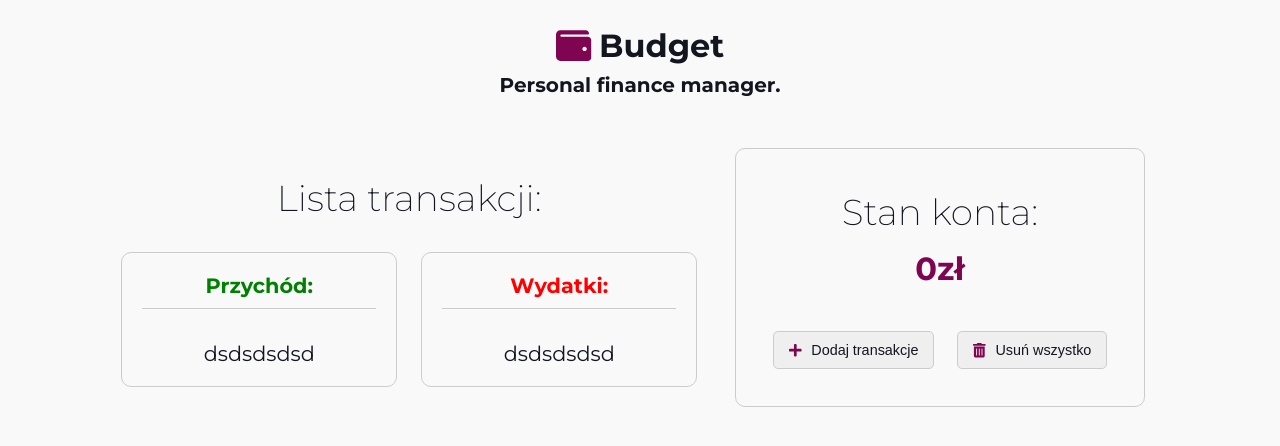
Repository: KrzysKolo/sr_tydzien4_zad4
Page: /
The author's editor kept a copy of each file at every save. The page is drawn from the files as they stood at one save, then again after the next save.
The browser window is 1280 px wide. The pictures show the whole page.
Some web libraries are served in a nearby version. The project was rebuilt for these pictures with package versions that can differ from the ones it lists, and the page was loaded fresh each time. Also part of the build but not shown: src/components/budgetComponents/formComponents/Header.js, src/components/budgetComponents/formComponents/ErrorMessage.js, src/components/budgetComponents/formComponents/Input.js, src/components/budgetComponents/formComponents/Select.js.

Above is the page before, as saved 2020-12-03 21:47:36.

### public/index.html
<!DOCTYPE html>
<html lang="en">
  <head>
    <meta charset="utf-8" />
    <link rel="icon" href="%PUBLIC_URL%/favicon.ico" />
    <meta name="viewport" content="width=device-width, initial-scale=1" />
    <meta name="theme-color" content="#000000" />
    <meta
      name="description"
      content="Web site created using create-react-app"
    />
    <link rel="apple-touch-icon" href="%PUBLIC_URL%/logo192.png" />
    <!--
      manifest.json provides metadata used when your web app is installed on a
      user's mobile device or desktop. See https://developers.google.com/web/fundamentals/web-app-manifest/
    -->
    <link rel="manifest" href="%PUBLIC_URL%/manifest.json" />
    <!--
      Notice the use of %PUBLIC_URL% in the tags above.
      It will be replaced with the URL of the `public` folder during the build.
      Only files inside the `public` folder can be referenced from the HTML.

      Unlike "/favicon.ico" or "favicon.ico", "%PUBLIC_URL%/favicon.ico" will
      work correctly both with client-side routing and a non-root public URL.
      Learn how to configure a non-root public URL by running `npm run build`.
    -->
    <link
      href="https://fonts.googleapis.com/css?family=Montserrat:200,400,700&display=swap&subset=latin-ext"
      rel="stylesheet"
    />
    <script
      src="https://kit.fontawesome.com/327a0d490c.js"
      crossorigin="anonymous"
    ></script>
    <title>Budget</title>
  </head>
  <body>
    <noscript>You need to enable JavaScript to run this app.</noscript>
    <div id="root"></div>
    <!--
      This HTML file is a template.
      If you open it directly in the browser, you will see an empty page.

      You can add webfonts, meta tags, or analytics to this file.
      The build step will place the bundled scripts into the <body> tag.

      To begin the development, run `npm start` or `yarn start`.
      To create a production bundle, use `npm run build` or `yarn build`.
    -->
  </body>
</html>

### src/App.js
import React from 'react';
import Budget from './components/Budget'

const App = () => {
  return (
    <>
      <Budget/>
    </>
  )
}

export default App;

### src/components/Budget.js
import React from 'react';
import Header from './budgetComponents/Header';
import Section from './budgetComponents/Section';
import SectionInfo from './budgetComponents/SectionInfo';
import H2 from './budgetComponents/sectionComponents/H2';
import styled, { createGlobalStyle } from 'styled-components';

const GlobalStyle = createGlobalStyle`
    * {
        padding: 0;
        margin: 0;
        box-sizing: border-box;
    }
    body {
        background-color: #f9f9f9;
        color: #14161f;
        font-family: "Montserrat", sans-serif;
        font-size: 16px;
        min-height: 100vh;
    }
    `;
const Container = styled.main`
    font-size: 1.5rem;
`;
const SectionContainer = styled.section`
    display: flex;
    flex-direction: row;
    justify-content: center;
    align-items: center;
`;
const SectionBudget = styled.section`
    display: flex;
    flex-direction: column;
    justify-content: center;
    align-items: center;
`;
const DivItems = styled.div`
    display: flex;
    flex-direction: row;
    justify-content: center;
    align-items: center;

`;
const Budget = () => {
    return (
        <>
            <GlobalStyle />
            <Container>
                <Header />
                <SectionContainer>
                    <SectionBudget>
                        <H2 title="Lista transakcji" />
                        <DivItems>
                            <Section title="Przychód" label="p"/>
                            <Section title="Wydatki" />
                        </DivItems>
                    </SectionBudget>
                    <SectionInfo title="Stan konta"/>
                </SectionContainer>
            </Container>

        </>
    )
}

export default Budget;

### src/components/budgetComponents/Header.js
import React from 'react';
import styled from 'styled-components';
import { FontAwesomeIcon } from '@fortawesome/react-fontawesome';
import { faWallet } from '@fortawesome/free-solid-svg-icons';

const SectionHeader = styled.header`
    align-items: center;
    color: rgb(127, 5, 80);
    display: flex;
    font-size: 2.2rem;
    flex-direction: column;
    justify-content: center;
    padding: 2%;
`;
const DivHeader = styled.div`
    align-items: center;
    display: flex;
    flex-direction: row;
    justify-content: center;
    margin-bottom: 0.5rem;
`;
const H1Header = styled.h1`
    color: #14161f;
    font-size: 2rem;
    margin-left: .5rem;
`;
const H2Header = styled.h2`
    color: #14161f;
    font-size: 1.25rem;
`;
const Header = () => {
    return (
        <SectionHeader>
            <DivHeader>
                <FontAwesomeIcon icon={faWallet}/>
                <H1Header>Budget</H1Header>
            </DivHeader>
            <H2Header>Personal finance manager.</H2Header>
        </SectionHeader>
    )
}

export default Header;

### src/components/budgetComponents/Section.js
import React from 'react';
import { H1 }from './sectionComponents/index';
import styled from 'styled-components';

const SectionWrapper = styled.section`
    border: 1px solid #ccc;
    border-radius: 10px;
    display: flex;
    flex-direction: column;
    font-size: 1.3rem;
    justify-content: center;
    align-items: center;
    margin: 2%;
    padding: 20px;
    width: 300px;
`;
const Section = ({ title, label }) => {
    return (
        <SectionWrapper>
           <H1 title={title} label={label} />
           <p>dsdsdsdsd</p>
        </SectionWrapper>
    )
}

export default Section;

### src/components/budgetComponents/SectionInfo.js
import React, { useState } from 'react';
import { H2, P } from './sectionComponents/index';
import Form from './Form';
import Button from './../budgetComponents/buttons/Button';
import styled from 'styled-components';
import { faPlus,  faTrashAlt } from '@fortawesome/free-solid-svg-icons';
const SectionWrapper = styled.section`
    border: 1px solid #ccc;
    border-radius: 10px;
    display: flex;
    flex-direction: column;
    margin: 2vw;
    padding: 2%;
`;
const ButtonWrapper = styled.div`
    display: flex;
    flex-direction: row;
`;

const SectionInfo = ({ title }) => {
    const [showForm, setShowForm] = useState(false);
    const openForm = () =>{
        setShowForm(prev => !prev);
  };
    return (
        <>
        <SectionWrapper>
           <H2 title={title}> </H2>
           <P />
           <ButtonWrapper>
                <Button onClick={openForm} title="Dodaj transakcje" icons={faPlus} />
                <Button title="Usuń wszystko" icons={faTrashAlt} type="submit"/>
           </ButtonWrapper>

        </SectionWrapper>
        <Form showForm={showForm} setShowForm={setShowForm} />
        </>
    )
}

export default SectionInfo;

### src/components/budgetComponents/sectionComponents/H2.js
import React from 'react'
import styled from 'styled-components';

const TitleH2 = styled.h2`
    font-weight: 200;
    margin: 2% auto;
    padding: 0.5rem;
`;

const H2 = ({title}) => {
    return (
        <TitleH2>
            {title}:
        </TitleH2>
    )
}

export default H2;

### src/components/budgetComponents/sectionComponents/index.js
export { default as H1 } from './H1';
export { default as H2 } from './H2';
export { default as P } from './P';

### src/components/budgetComponents/Form.js
import React, { useState } from 'react';
import { Header, Input, Select } from './formComponents/';
import Button from './buttons/Button';
import styled from 'styled-components';
import SelectOptions from './../data/SelectOptions';
import { faBusinessTime, faSave, faWindowClose } from '@fortawesome/free-solid-svg-icons';
import { useFormik } from 'formik';
import * as yup from 'yup';

const FormWrapper = styled.form`
    background-color: #f9f9f9;
    border: 4px double rgb(127, 5, 80);
    border-radius: 10px;
    box-shadow: 3px 3px 5px rgba(127, 5, 80, 0.5);
    color: rgb(127, 5, 80);
    position: fixed;
    display: flex;
    flex-direction: column;
    justify-content: center;
    align-items: center;
    padding: 10px;
    width: 20vw;
    min-width: 300px;
`;
const ButtonWrapper = styled.div`
    display: flex;
    flex-direction: row;
    justify-content: center;
    border-top: 1px solid rgba(127, 5, 80, 0.3);
    padding-top: 10px;
    margin-top: 1.4rem;
`;

const FormData = ({ showForm, setShowForm }) => {
    const initialValues  = {
        name: '',
        amount: '',
        category: -1,
    };
    const validationSchema = yup.object({
        name: yup.string().required("Required").min(3, "Musi być min 3 znaki").max(50,"Moze być max 50 znaków"),
        amount: yup.number().required("Required").min(1, "Musi być conajmniej 1 cyfra"),
        category: yup.number().required("Musi być wybrane").min(0, ).max(5),
    })
    const onSubmit = ( values, {resetForm} ) => {
        console.log('Form data', values);
        setShowMessage(true);
        resetForm();
    };
    const closeForm = () => {
        setShowForm(false);
    };
    const [ showMessage, setShowMessage ] = useState(false);
    const formik = useFormik({
        initialValues,
        validationSchema,
        onSubmit,
    });
    return (
        <>
        { showForm &&
        <FormWrapper onSubmit={formik.handleSubmit}>
            <Header icons={faBusinessTime} title={"Dodaj transakcje!"} />
            <Input type="text" label="Nazwa transakcji" name="name" placeholder="nazwa transakcji..." onChange={formik.handleChange} value={formik.values.name} onBlur={formik.handleBlur} error={formik.errors.name} message={formik.errors.name} touched={formik.touched.name} />
            <Input type="text" label="Kwota transakcji" name="amount" placeholder="kwota..." onChange={formik.handleChange} value={formik.values.amount} onBlur={formik.handleBlur} error={formik.errors.amount} message={formik.errors.amount} touched={formik.touched.amount}/>
            <Select options={SelectOptions} label="Wybierz kategorię transakcji" name="category" onChange={formik.handleChange} value={formik.values.category} onBlur={formik.handleBlur} error={formik.errors.category} message={formik.errors.category} touched={formik.touched.category}/>
            <ButtonWrapper>
                <Button type="save" title="Zapisz" icons={faSave}/>
                <Button title="Anuluj" icons={faWindowClose} type="cancel" onClick={closeForm} />
            </ButtonWrapper>
        </FormWrapper>
        }
        </>
    )
}

export default FormData;

### src/components/budgetComponents/buttons/Button.js
import React from 'react';
import styled from 'styled-components';
import { FontAwesomeIcon } from '@fortawesome/react-fontawesome';

const ButtonDiv = styled.button`
    border: 1px solid #ccc;
    border-radius: 5px;
    margin: 0.7rem;
    padding: 10px 15px;
    display: flex;
    flex-direction: row;
    align-items: center;
    color: rgb(127, 5, 80);
    font-size: 0.9rem;
    cursor: pointer;
    transition: 0.3s ease-in-out;
    &:hover {
        border: 1px solid rgba(127, 5, 80, 0.4);
        background-color:  #f9f9f9;
        color: rgba(127, 5, 80, 0.5);
    }
`;
const ButtonTitleDiv = styled.div`
    margin-left: 10px;
    color: #14161f;
`;
const Button = ({ title, icons, onClick }) => {
    return (
        <ButtonDiv onClick={onClick}>
            <FontAwesomeIcon icon={icons} />
            <ButtonTitleDiv>{title}</ButtonTitleDiv>
        </ButtonDiv>
    )
}

export default Button;

### src/components/budgetComponents/sectionComponents/H1.js
import React from 'react'
import styled from 'styled-components';

const TitleH1Styles = (label) => `
border-bottom: 1px solid #ccc;
color: ${label ? 'green' : 'red'};
margin-bottom: 2rem;
padding-bottom: 10px;
display: block;
width: 100%;
text-align: center;
`;
const TitleH1 = styled.h1`
      ${props => TitleH1Styles(props.label)}
`;

const H1 = (props) => {
    const { title, label } = props;
    return (
        <TitleH1 label={label}>
            {title}:
        </TitleH1>
    )
}

export default H1;

### src/components/budgetComponents/sectionComponents/P.js
import React from 'react';
import styled from 'styled-components';

const InfoP = styled.p`
    color: rgb(127, 5, 80);
    font-size: 2rem;
    font-weight: bold;
    width: 100%auto;
    text-align: center;
    padding-bottom: 2rem;
`;

const P = () => {
    return (
        <InfoP>
            0zł
        </InfoP>
    )
}

export default P;

### src/components/budgetComponents/formComponents/index.js
export { default as Header } from './Header';
export { default as Input } from './Input';
export { default as ErrorMessage } from './ErrorMessage';
export { default as Select } from './Select';

### src/components/data/SelectOptions.js
const SelectOptions=[
    { id: -1, value: "-1", label:"", title: 'Select...' },
    { id: 0, value: "0", label:"[+]", title: 'Przychód' },
    { id: 1, value: "1", label:"[-]", title: 'Rachunki' },
    { id: 2, value: "2", label:"[-]", title: 'Sport' },
    { id: 3, value: "3", label:"[-]", title: 'Wyżywienie' },
    { id: 4, value: "4", label:"[-]", title: 'Kultura' },
    { id: 5, value: "5", label:"[-]", title: 'Wypoczynek' },
];
export default SelectOptions;

### src/components/data/Transactions.js
const SelectOptions=[
    { id: 0, category: "Przychód", name: "wynagrodzenie", amount: "350"},
    { id: 1, category: "Rachunki", name: "opłata za przedszkole", amount: "700"},

];
export default SelectOptions;

Loaded but not shown: src/index.js (common file); src/index.css (common file)

After the next save:
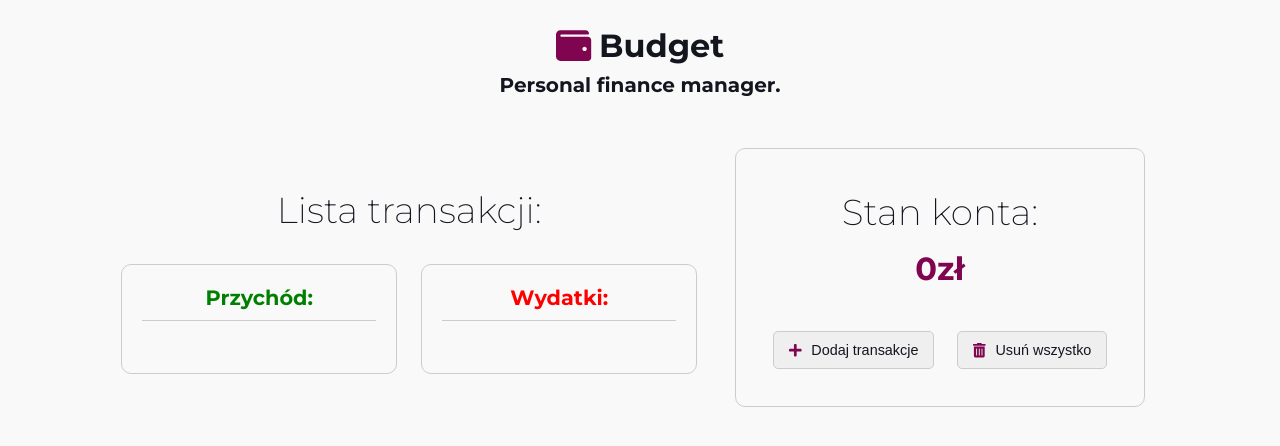
Saved 115 s later.
--- a/src/components/budgetComponents/Section.js
+++ b/src/components/budgetComponents/Section.js
@@ -1,5 +1,6 @@
 import React from 'react';
 import { H1 }from './sectionComponents/index';
+import Transaktions from './../data/Transactions';
 import styled from 'styled-components';
 
 const SectionWrapper = styled.section`
@@ -18,7 +19,7 @@ const Section = ({ title, label }) => {
     return (
         <SectionWrapper>
            <H1 title={title} label={label} />
-           <p>dsdsdsdsd</p>
+
         </SectionWrapper>
     )
 }
